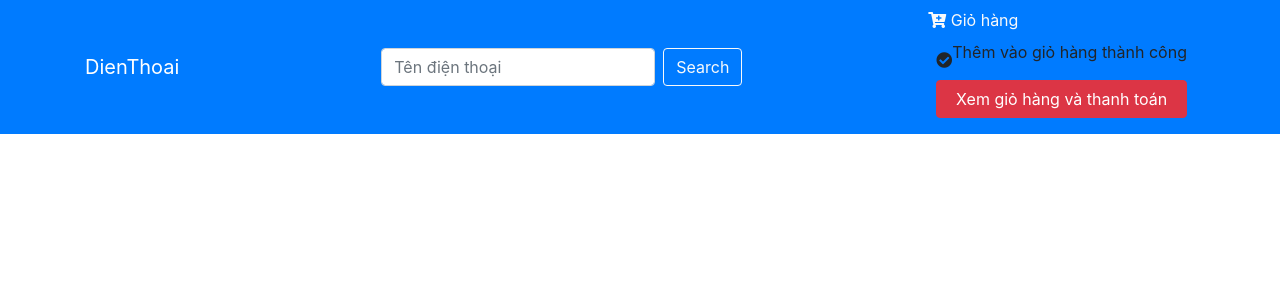
Repository: dovanthao2404/BC14_Bai_Tap_Ban_Dien_Thoai_dovanthao
Page: app/views/index.html
These files come from the project's save history. The page is drawn as it stood at one moment and after the next save; the edit follows.
The browser window is 1280 px wide. The pictures show the whole page.
Some web libraries are served in a nearby version. The style sheet was rebuilt from its Sass, Less or Tailwind sources for each picture, by a compiler version that may differ from the author's.

Above is the page before, as saved 2021-08-14 16:03:12.
Console error (its wording comes from the project's code and is left out).

After the next save:
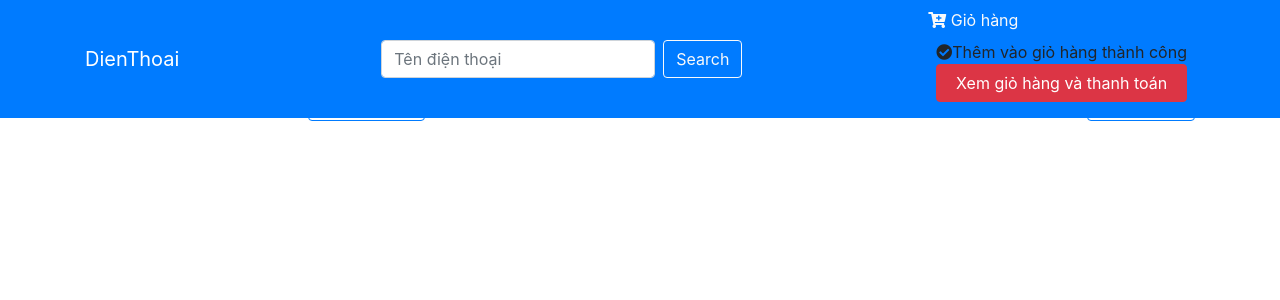
Saved 15 s later.
--- a/app/views/index.html
+++ b/app/views/index.html
@@ -51,7 +51,7 @@
           <div class="notifiSuccess p-2">
             <div class="d-flex align-items-center">
               <i class="fa fa-check-circle"></i>
-              <p>Thêm vào giỏ hàng thành công</p>
+              <p class="m-0">Thêm vào giỏ hàng thành công</p>
             </div>
             <button class="btn btn-danger w-100" data-target="cart.html">Xem giỏ hàng và thanh toán</button>
           </div>
